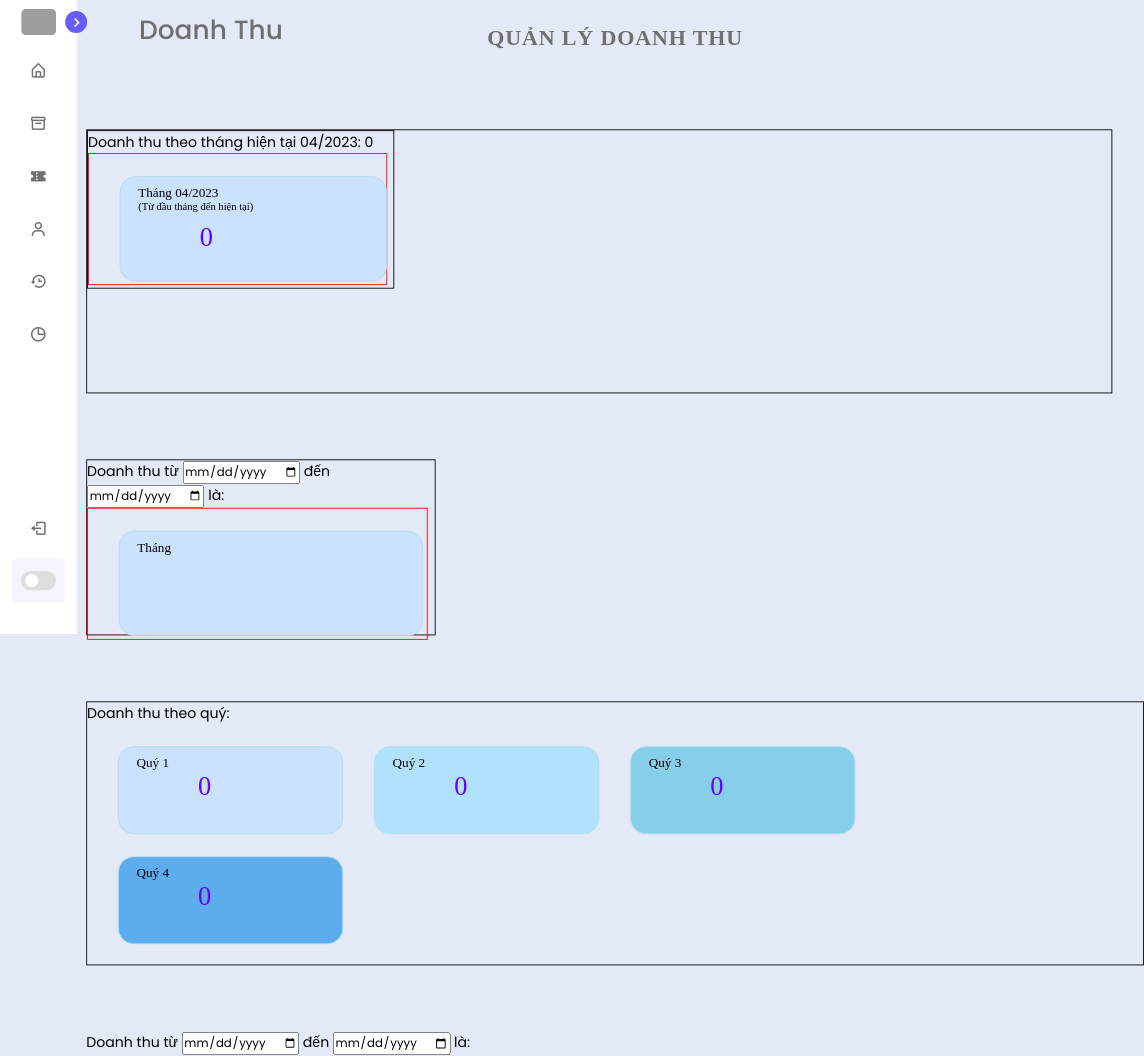
Repository: JeffDaveHudson/CapstoneProject
Page: http://localhost/CapstoneProject/revenue
These files come from the project's save history. The page is drawn as it stood at one moment and after the next save; the edit follows.
The browser window is 1280 px wide. The page is 1300 px wide, so the pictures cover 1300 px, including what lies to the right of the window. The pictures show the whole page, at 88% of full size.
Pictures or frames that could not be fetched are drawn as grey boxes. The page is served by Tomcat 9. Queries for data that is not in the repository find no rows.

Above is the page before, as saved 2023-06-14 05:01:15.

After the next save:
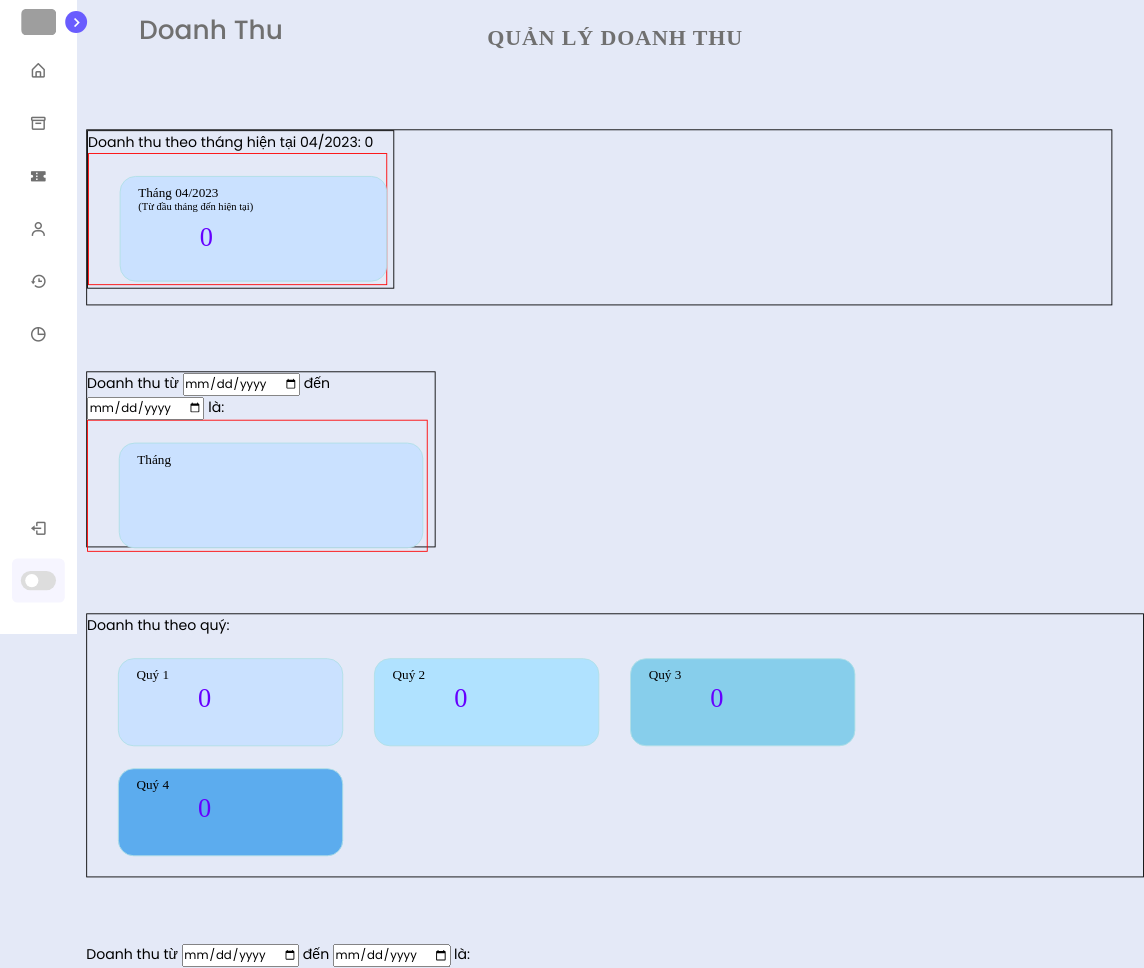
Saved 19 s later.
--- a/CapstoneProject/src/main/webapp/admin/Revenue.jsp
+++ b/CapstoneProject/src/main/webapp/admin/Revenue.jsp
@@ -112,7 +112,7 @@
 
 .wrapper-div23{
 	width: 97%;
-	height: 300px;
+	height: 200px;
 	border: 1px solid;
 }
 
